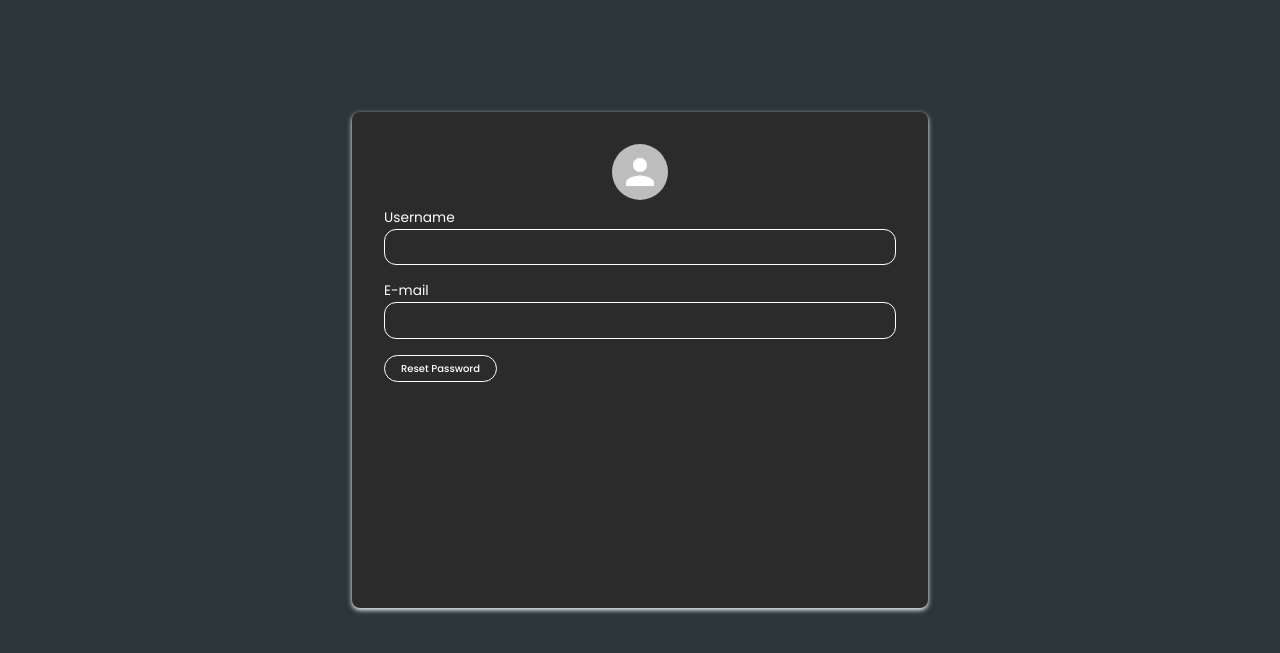
Repository: IzzaSuni/Izza-ToDo
Page: /publicNote/Private/profile
The author's editor kept a copy of each file at every save. The page is drawn from the files as they stood at one save, then again after the next save.
The browser window is 1280 px wide. The pictures show the whole page.
Some web libraries are served in a nearby version. The project was rebuilt for these pictures with package versions that can differ from the ones it lists, and the page was loaded fresh each time. Also part of the build but not shown: src/App.css, src/services.js, src/components/List.js, src/components/Filter.js, src/components/ohayo.js, src/utils/Query.js, src/components/navbar.js, src/components/MainPage.js and 4 more.

Above is the page before, as saved 2022-08-23 22:59:03.

### public/index.html
<!DOCTYPE html>
<html lang="en">
  <head>
    <meta charset="utf-8" />
    <link rel="icon" href="%PUBLIC_URL%/AKU.svg" />
    <meta name="viewport" content="width=device-width, initial-scale=1" />
    <meta name="theme-color" content="#000000" />
    <meta name="description" />
    <link rel="apple-touch-icon" href="%PUBLIC_URL%/logo192.png" />
    <script src="https://kit.fontawesome.com/a076d05399.js" crossorigin="anonymous"></script>
    <!--
      manifest.json provides metadata used when your web app is installed on a
      user's mobile device or desktop. See https://developers.google.com/web/fundamentals/web-app-manifest/
    -->
    <link rel="manifest" href="%PUBLIC_URL%/manifest.json" />
    <!--
      Notice the use of %PUBLIC_URL% in the tags above.
      It will be replaced with the URL of the `public` folder during the build.
      Only files inside the `public` folder can be referenced from the HTML.

      Unlike "/favicon.ico" or "favicon.ico", "%PUBLIC_URL%/favicon.ico" will
      work correctly both with client-side routing and a non-root public URL.
      Learn how to configure a non-root public URL by running `npm run build`.
    -->
    <title>My Notes</title>
  </head>
  <body>
    <noscript>You need to enable JavaScript to run this app.</noscript>
    <div id="root"></div>
    <!--
      This HTML file is a template.
      If you open it directly in the browser, you will see an empty page.

      You can add webfonts, meta tags, or analytics to this file.
      The build step will place the bundled scripts into the <body> tag.

      To begin the development, run `npm start` or `yarn start`.
      To create a production bundle, use `npm run build` or `yarn build`.
    -->
  </body>
</html>

### src/index.js
import React from "react";
import ReactDOM from "react-dom/client";
import "./index.css";
import App from "./App";
import reportWebVitals from "./reportWebVitals";
import { ThemeProvider } from "@mui/material";
import Theme from "./utils/Theme";
const root = ReactDOM.createRoot(document.getElementById("root"));
root.render(
  <ThemeProvider theme={Theme}>
    <React.StrictMode>
      <App />
    </React.StrictMode>
  </ThemeProvider>
);

// If you want to start measuring performance in your app, pass a function
// to log results (for example: reportWebVitals(console.log))
// or send to an analytics endpoint. Learn more: https://bit.ly/CRA-vitals
reportWebVitals();

### src/index.css
@import url("https://fonts.googleapis.com/css2?family=Poppins:ital,wght@0,100;0,200;0,300;0,400;0,500;0,600;0,700;0,800;0,900;1,100;1,200;1,300;1,400;1,500;1,600;1,700;1,800;1,900&display=swap");
body {
  margin: 0;
  font-family: "Poppins", -apple-system, BlinkMacSystemFont, "Segoe UI",
    "Roboto", "Oxygen", "Ubuntu", "Cantarell", "Fira Sans", "Droid Sans",
    "Helvetica Neue", sans-serif;
  -webkit-font-smoothing: antialiased;
  -moz-osx-font-smoothing: grayscale;
  font-smooth: antialiased;
  box-sizing: border-box;
  background-color: #2c3639;
}
button[type="button"] {
  font-size: 10px;
}
svg {
  font-size: 16px !important;
}
code {
  font-family: source-code-pro, Menlo, Monaco, Consolas, "Courier New",
    monospace;
}
#cok:focus-within {
  box-shadow: 0px 1px 0px rgba(0, 0, 0, 0.555);
  transition: all 0.2s;
}
#cok,
#edit {
  box-shadow: 0px;
  transition: all 0.6s;
}
input {
  color: white !important;
  font-family: poppins;
}
textarea {
  color: white !important;
  font-family: poppins;
}
input:-webkit-autofill,
input:-webkit-autofill:hover,
input:-webkit-autofill:focus,
input:-webkit-autofill:active {
  -webkit-box-shadow: 0 0 0 30px #e7f6f2 inset !important;
  box-shadow: 0 0 0 30px #e7f6f2 inset !important;
}
input:disabled {
  -webkit-text-fill-color: black !important;
}
textarea:disabled {
  -webkit-text-fill-color: black !important;
}
#edit:focus-visible {
  box-shadow: 0px 1px 0px rgba(0, 0, 0, 0.555);
  transition: all 0.2s;
}
input#searchBar {
  padding: 4px 8px;
}

.grid {
  display: grid;
  gap: 10px;
  grid-template-columns: repeat(auto-fill, minmax(120px, 1fr));
  grid-template-rows: masonry;
}

.my-masonry-grid {
  display: -webkit-box; /* Not needed if autoprefixing */
  display: -ms-flexbox; /* Not needed if autoprefixing */
  display: flex;
  width: auto;
}
.my-masonry-grid_column {
  /* padding-left: 5px; gutter size */
  background-clip: padding-box;
}

/* Style your items */
.my-masonry-grid_column > div {
  /* change div to reference your elements you put in <Masonry> */
  margin-bottom: 10px;
}

::-webkit-scrollbar {
  width: 6px;
  height: 2px;
}

::-webkit-scrollbar-track {
  box-shadow: inset 0 0 10px transparent;
  border-radius: 10px;
}

/* Handle */
::-webkit-scrollbar-thumb {
  border: 2px solid rgba(0, 0, 0, 0);
  background-clip: padding-box;
  border-radius: 10px;
  background-color: #303030;
}

.shadow {
  box-shadow: 0px 2px 5px white;
}
.MuiPopover-paper {
  background: #2b2b2b !important;
  box-shadow: 0px 2px 5px white !important;
}
#buttonUpload ~ div {
  display: none;
}
#halo:hover::after {
  color: white;
  z-index: 10;
  position: absolute;
  background-color: rgba(0, 0, 0, 0.466);
  height: 100%;
  width: 100%;
  display: flex;
  justify-content: center;
  align-items: center;
  font-family: "Font Awesome 5 Free";
  content: "\f304";
  vertical-align: middle;
  font-weight: 900;
}

/* responsive=============================================================================== */
#mainContainer {
  display: block;
  height: 100vh;
}
@media (max-width: 900px) {
  #mainForm {
    display: none;
  }
  #ohayoSmall {
    text-align: center;
    position: sticky;
    width: 100vw;
  }
  #ohayoBig {
    display: none;
  }

  #listForm {
    width: 100%;
  }
  #buttonAddNotes {
    position: sticky;
    bottom: 0;
    width: 100vw;
    height: 52px !important;
    text-align: center;
    border-radius: 16px 16px 0 0;
  }
}
@media (min-width: 900px) {
  #buttonAddNotes {
    display: none;
  }
  #mainContainer {
    display: block;
  }
  #ohayoSmall {
    display: none;
  }
}

#loginButton:hover {
  background: transparent !important;
}

### src/App.js
import "./App.css";
import Layout from "./components/Layout";
import MainPage from "./components/MainPage";
import { BrowserRouter as Router, Switch, Route } from "react-router-dom";
import Login from "./components/Login";
import CreateAccount from "./components/CreateAccount";
import MainPageLoged from "./components/MainPageLoged";
import Profile from "./components/Profile";

function App({}) {
  return (
    <div className="App">
      <Router>
        <Switch>
          <Route exact path="/publicNote">
            <Layout>
              <MainPage />
            </Layout>
          </Route>
          <Route path={"/login"}>
            <Layout>
              <Login />
            </Layout>
          </Route>
          <Route path={"/signUp"}>
            <Layout>
              <CreateAccount />
            </Layout>
          </Route>
          <Route exact path={"/publicNote/Private"}>
            <Layout>
              <MainPageLoged />
            </Layout>
          </Route>
          <Route exact path={"/publicNote/Private/profile"}>
            <Layout>
              <Profile />
            </Layout>
          </Route>
          <Route path="*">
            <main style={{ padding: "1rem" }}>
              <p>There's nothing here!</p>
            </main>
          </Route>
        </Switch>
      </Router>
    </div>
  );
}

export default App;

### src/utils/Theme.js
import { green } from "@mui/material/colors";
import { createTheme, ThemeProvider } from "@mui/material/styles";

export const background = "#FCE7E7";
export const Black = "#303030";
export const Green = "#E7F634";
export const Disable = "#97A8A8";

export const Screensize = {
  mobile: 0,
  tablet: 900,
  laptop: 1350,
  desktop: 1700,
};

export const colors = {
  background,
  Black,
  Green,
  Disable,
};
export const theme = createTheme({
  breakpoints: {
    values: {
      mobile: 0,
      tablet: 900,
      laptop: 1350,
      desktop: 1700,
    },
  },
  typography: {
    fontFamily: "Poppins",
    fontSize: 12,
    allVariants: {
      color: "white ",
    },
  },
  components: {
    MuiButton: {
      styleOverrides: {
        root: {
          textTransform: "none",
          fontFamily: "Poppins !important",
        },
      },
    },
  },
});

export default theme;

### src/components/Layout.js
import { Box } from "@mui/material";

const Layout = ({ children }) => {
  return (
    <Box
      height={"100vh"}
      width={`calc("100vw - 32px")`}
      display={"flex"}
      alignItems={"center "}
    >
      {children}
    </Box>
  );
};
export default Layout;

### src/components/Profile.js
import IsLogin from "../utils/isLogin";
import { makeStyles } from "@mui/styles";
import { Avatar, Box, Typography } from "@mui/material";
import Input from "./Input";
import { useState } from "react";
import { uploadImages } from "../services";

const useStyles = makeStyles({
  card: {
    height: "60vh",
    width: "40vw",
    background: "#2B2B2B",
    borderRadius: "8px",
    padding: "32px",
  },
  container: {
    height: "100vh",
    width: "100vw",
    display: "flex",
    justifyContent: "center",
    alignItems: "center",
  },
});

export default function Profile() {
  let objectURL;
  const [image, setImage] = useState();
  const { user, signed } = IsLogin();
  const classes = useStyles();

  const onChangeFile = (e) => {
    if (objectURL) {
      URL.revokeObjectURL(objectURL);
    }
    const file = e.target.files[0];
    objectURL = URL.createObjectURL(file);
    console.log(file);
    uploadImages({ images: file });
    return setImage(objectURL);
  };


  return (
    <>
      <Box className={classes.container}>
        <Box className={`${classes.card} shadow`}>
          <Box display="inline-flex" width='100%' justifyContent={'center'}>
            <div onClick={() => document.getElementById("uploadImg").click()}>
              <Avatar id="halo" sx={{ width: '56px', height: '56px' }} src={image ? image : user.picture}></Avatar>
            </div>
          </Box>
          <Box>
            <Box pb={1}>
              <Input
                id={"uploadImg"}
                type="file"
                inputType={"file"}
                hdlChange={onChangeFile}
                className={{ display: 'none' }}
              />
            </Box>
            <Box pb={2}>
              <Typography>Username</Typography>
              <Input type="email" defVal={user.user} isdisabled={true} />
            </Box>
            <Typography>E-mail</Typography>
            <Input type="email" defVal={user.email} isdisabled />
            <Box pt={2}>
              <Input type="buttonCustom">Reset Password</Input>
            </Box>
          </Box>
        </Box>
      </Box>
    </>
  );
}

### src/components/Input.js
import { makeStyles } from "@mui/styles";
import {
  Box,
  Button,
  FormControl,
  InputAdornment,
  InputBase,
  InputLabel,
  MenuItem,
  Select,
  TextField,
  Typography,
} from "@mui/material";
//icons
import EditIcon from "@mui/icons-material/Edit";
import DeleteIcon from "@mui/icons-material/Delete";
import ClearIcon from "@mui/icons-material/Clear";
import DoneIcon from "@mui/icons-material/Done";
import { useState } from "react";
import { LoadingButton } from "@mui/lab";

const useStyles = makeStyles({
  paper: {
    height: "100%",
    width: "20%",
    background: "#E7F6F2 !important",
    borderRadius: "16px",
    overflow: "auto",
  },
  paperList: {
    height: "100%",
    width: "80%",
    flexWrap: "wrap",
    background: "#CEE5D0 !important",
    overflow: "auto",
  },
  Button: {
    "&.MuiButton-root": {
      textTransform: "none !important",
      color: "white",
      background: "transparent ",
      borderRadius: "32px",
      border: "1px solid white",
      padding: "4px 16px",
      "&:hover": {
        background: "#693737",
        color: "white ",
      },
      "&:active": {
        background: "#693737",
        color: "white ",
      },
      "& .MuiLoadingButton-loadingIndicator": {
        color: "white !important",
      },
      "&.Mui-disabled": {
        color: "rgba(255, 255, 255, 0.541)",
      },
    },
  },
  TextField: {
    "&:hover fieldset": {
      borderColor: "#100F0F !important",
      color: "white",
    },
    "& label.Mui-focused": {
      color: "white",
    },
    "& fieldset": {
      borderColor: "white !important",
    },
    "&.Mui-focused fieldset": {
      borderColor: "white !important",
    },
    "& .MuiOutlinedInput-root": {
      borderRadius: "12px !important",
      color: "white",
    },
  },
  TextFields: {
    "& .MuiInputBase-input": {
      padding: "0px !important",
      borderBottom: "1px white dashed !important",
      width: "100%",
    },
  },
  login: {
    "&:hover fieldset": {
      borderColor: "white !important",
    },
    "& label.Mui-focused": {
      color: "black",
    },
    "& fieldset": {
      borderColor: "white !important",
    },
    "&.Mui-focused fieldset": {
      borderColor: "white !important",
    },
    "& .MuiOutlinedInput-root": {
      borderRadius: "12px !important",
    },
  },
  form: {
    justifytitle: "space-between",
    width: ` 100% `,
    marginTop: "32px",
  },
  editForm: { width: "100%", display: "flex", padding: "0px 8px" },
  smallBox: {
    height: "10px",
    width: "10px",
    marginRight: "32px",
    borderRadius: "16px",
    paddingLeft: "16px",
    border: "1px dashed black",
  },
  Menu: {
    "&.MuiMenu-list": {
      background: "#2B2B2B",
      borderRadius: "12px",
      padding: "16px",
      width: "250px",
    },
    "& .MuiMenuItem-root": {
      padding: "0px",
    },
  },
});

export default function Input({
  type,
  hdlChange,
  children,
  defVal,
  hdlEdit,
  onClickBtn,
  className,
  label,
  inputType,
  loading,
  maxchar,
  isdisabled,
  icon,
  id,
}) {
  const [anchorEl, setAnchorEl] = useState(null);

  const renderButton = ({ value, type }) => {
    return type === "delete" ? (
      value.isedit ? (
        <>
          <DoneIcon />
        </>
      ) : (
        <>
          <DeleteIcon />
        </>
      )
    ) : value.isedit ? (
      <>
        <ClearIcon sx={{ ml: 1 }} />
      </>
    ) : (
      <>
        <EditIcon sx={{ ml: 1 }} />
      </>
    );
  };

  const classes = useStyles();
  const renderInput = () => {
    switch (type) {
      case "text":
        return (
          <TextField
            size={"small"}
            label={"Title"}
            placeholder="Type the title here"
            className={classes.TextField}
            required
            inputProps={{ maxLength: "20" }}
            sx={{ width: "100%", marginBottom: 3 }}
          />
        );
      case "email":
        return (
          <TextField
            size={"small"}
            defaultValue={defVal}
            id={id}
            label={label}
            placeholder={label}
            className={classes.login}
            type={inputType}
            inputProps={{ maxLength: maxchar }}
            InputProps={icon}
            disabled={isdisabled}
            sx={{
              width: "100%",
              marginBottom: 3,
              "&.MuiFormControl-root": {
                marginBottom: 0,
              },
              "& .Mui-focused": {
                color: "white !important",
              },
              "& .Mui-disabled": {
                WebkitTextFillColor: "rgb(255 255 255 / 40%) !important",
              },
            }}
            onChange={hdlChange}
          />
        );

      case "file":
        return (
          <TextField
            size={"small"}
            defaultValue={defVal}
            id={id}
            label={label}
            placeholder={label}
            className={classes.login}
            type={inputType}
            inputProps={{ accept: "image/*" }}
            InputProps={icon}
            disabled={isdisabled}
            sx={{
              display: 'none'
            }}
            onChange={hdlChange}
          />
        );

      case "multiline":
        return (
          <TextField
            label={"Description"}
            size={"medium"}
            placeholder="Type the description here"
            className={classes.TextField}
            multiline
            sx={{ width: "100%", marginBottom: 3, borderRadius: 12 }}
          />
        );
      case "select":
        return (
          <FormControl
            fullWidth
            className={`${classes.TextField} `}
            sx={{
              marginBottom: "24px",
            }}
            id="kontol"
          >
            <InputLabel id="catLabel">Select Category</InputLabel>
            <Select
              id="catuu"
              label="Select Category"
              onChange={hdlChange}
              defaultChecked={false}
              required
              className={`${classes.Menu}`}
            >
              <MenuItem value={"Reminder"} disabled>
                Select a category
              </MenuItem>
              <MenuItem value={"Work"}>Work</MenuItem>
              <MenuItem value={"To do"}>To do</MenuItem>
              <MenuItem value={"Money"}>Money</MenuItem>
              <MenuItem value={"Reminder"}>Reminder</MenuItem>
              <MenuItem value={"Assignment"}>Task</MenuItem>
              <MenuItem value={"Study"}>Study</MenuItem>
            </Select>
          </FormControl>
        );

      case "button":
        return (
          <Button
            disableRipple
            type="submit"
            variant="contained"
            className={classes.Button}
            sx={className}
            id={id}
          >
            {children}
          </Button>
        );
      case "buttonLoading":
        return (
          <LoadingButton
            disableRipple
            type="submit"
            variant="contained"
            loading={loading}
            className={classes.Button}
            sx={className}
            disabled={isdisabled}
            loadingPosition="end"
          >
            {children}
          </LoadingButton>
        );
      case "buttonCustom":
        return (
          <Button
            disableRipple
            type="button"
            onClick={onClickBtn}
            className={`${classes.Button}`}
            id={id}
            style={className}
          >
            {children}
          </Button>
        );

      case "editTitle":
        return (
          <InputBase
            defaultValue={defVal.title}
            onChange={hdlEdit}
            className={classes.TextFields}
            disabled={defVal.isedit === true ? false : true}
            sx={{
              fontSize: "16px !important",
            }}
          />
        );
      case "editDesc":
        return (
          <InputBase
            sx={{
              width: "100%",
              padding: "0px !important",
              mt: 2,
              lineHeight: "18px",
            }}
            defaultValue={defVal.desc}
            onChange={hdlEdit}
            className={classes.TextFields}
            disabled={defVal.isedit === true ? false : true}
            multiline
          />
        );
      case "divider":
        return (
          <Box
            height={"1px"}
            width="100%"
            bgcolor={"#CEE5D0"}
            mx={2}
            variant="middle"
            alignSelf={"center "}
          />
        );
      default:
        break;
    }
  };
  return renderInput();
}

### src/utils/isLogin.js
import jwtDecode from "jwt-decode";
import Cookies from "universal-cookie";


const IsLogin = () => {
  const secret = process.env.REACT_APP_SECRET_TOKEN;
  const cookies = new Cookies();
  const bearer = cookies.get("akikToken");

  const signed = bearer ? jwtDecode(bearer).aud === secret : false;
  const user = bearer
    ? {
        user: jwtDecode(bearer).name,
        email: jwtDecode(bearer).email,
        isVerifiedEmail: jwtDecode(bearer).email_verified,
        userId: jwtDecode(bearer).user_id,
        picture: jwtDecode(bearer).picture,
      }
    : {};

  return { signed, user };
};

export default IsLogin;

Loaded but not shown: src/reportWebVitals.js (common file)

After the next save:
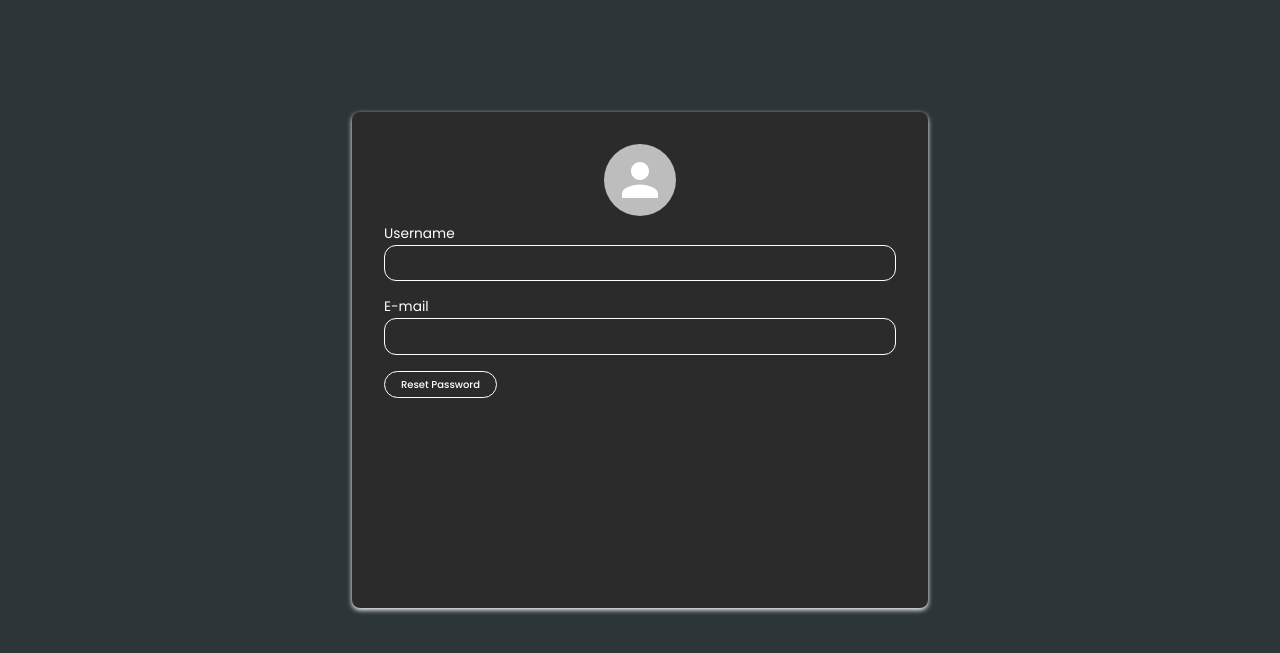
Saved 28 s later.
--- a/src/components/Profile.js
+++ b/src/components/Profile.js
@@ -46,7 +46,7 @@ export default function Profile() {
         <Box className={`${classes.card} shadow`}>
           <Box display="inline-flex" width='100%' justifyContent={'center'}>
             <div onClick={() => document.getElementById("uploadImg").click()}>
-              <Avatar id="halo" sx={{ width: '56px', height: '56px' }} src={image ? image : user.picture}></Avatar>
+              <Avatar id="halo" sx={{ width: '72px', height: '72px' }} src={image ? image : user.picture}></Avatar>
             </div>
           </Box>
           <Box>
